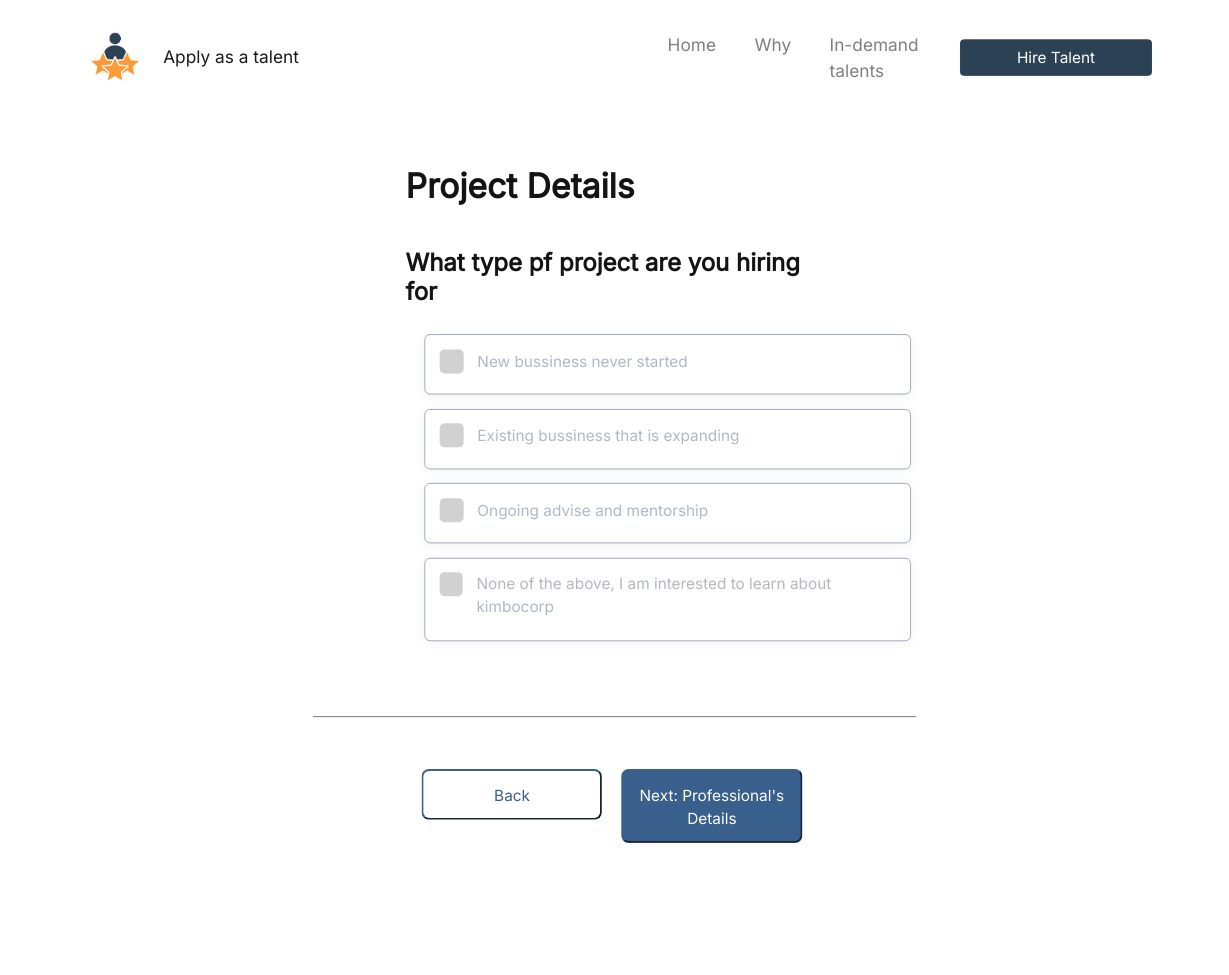
Repository: Ashwe9/talent-hire-reactJs
Page: /projectdetails
An editor plug-in stored every save of this project. The page is shown before and after the next save, followed by the edit.
The browser window is 1280 px wide. The pictures show the whole page, at 96% of full size.
The project was rebuilt for these pictures with package versions that can differ from the ones it lists, and the page was loaded fresh each time. Also part of the build but not shown: src/homePage/components/TrustedBy/TrustedBy.css, src/homePage/components/TrustedBy/TrustedBy.js, src/homePage/components/Roles/Roles.js, src/homePage/components/homePageFooter/HomePageFooter.css, src/homePage/components/homePageFooter/HomePageFooter.js, src/homePage/HomePage.js, src/kpisPage/Header.js, src/kpisPage/DropDown.css and 4 more.

Above is the page before, as saved 2022-08-20 13:26:17.

After the next save:
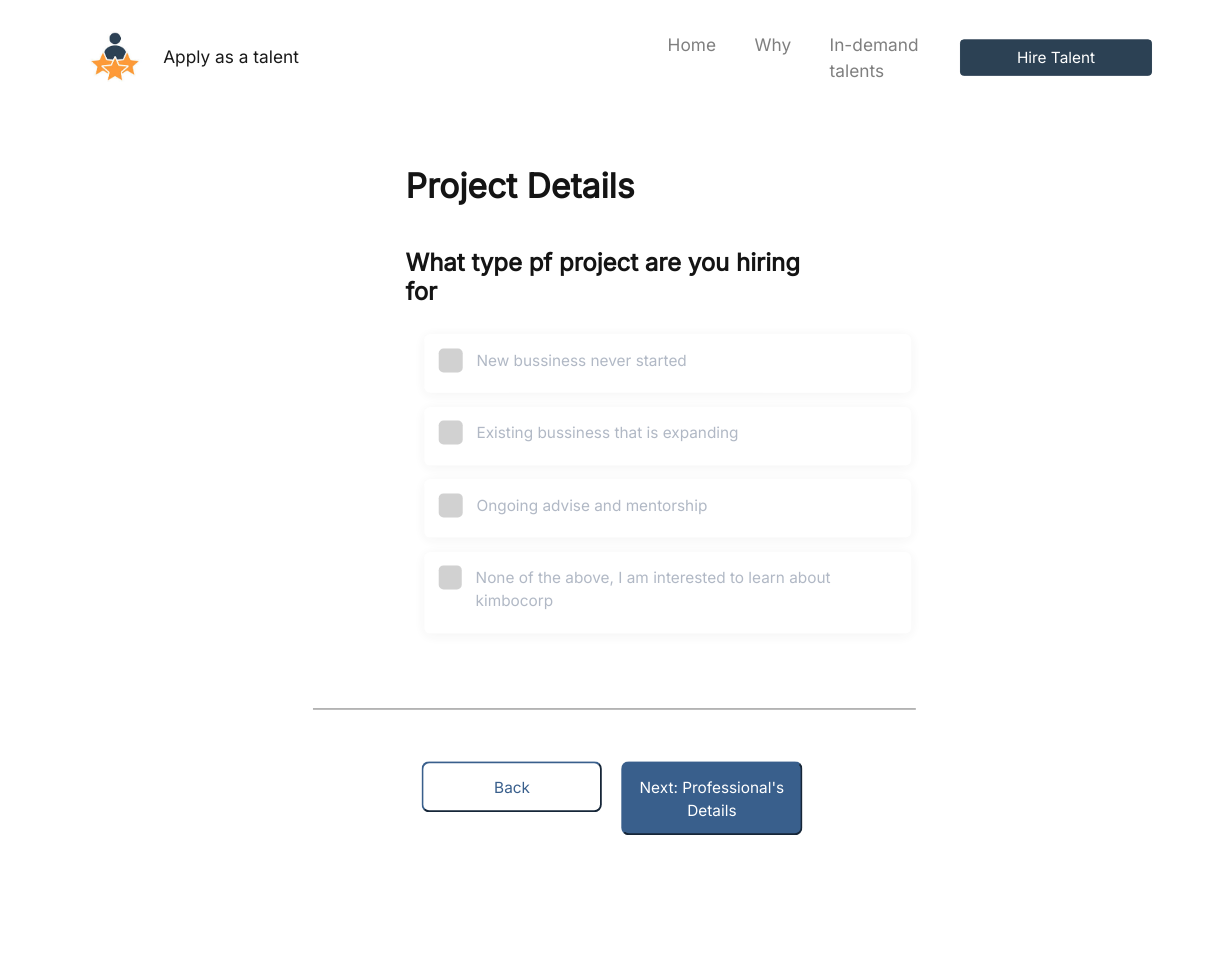
Saved 28 s later.
--- a/src/projectDetails/Details.css
+++ b/src/projectDetails/Details.css
@@ -17,7 +17,6 @@
 .detail-item{
     opacity: 0.8;
     background: #FFFFFF;
-    border: 0.2px solid #8692A6;
     box-sizing: border-box;
     box-shadow: 0px 2px 14px 1px rgba(0, 0, 0, 0.06);
     border-radius: 6px;
